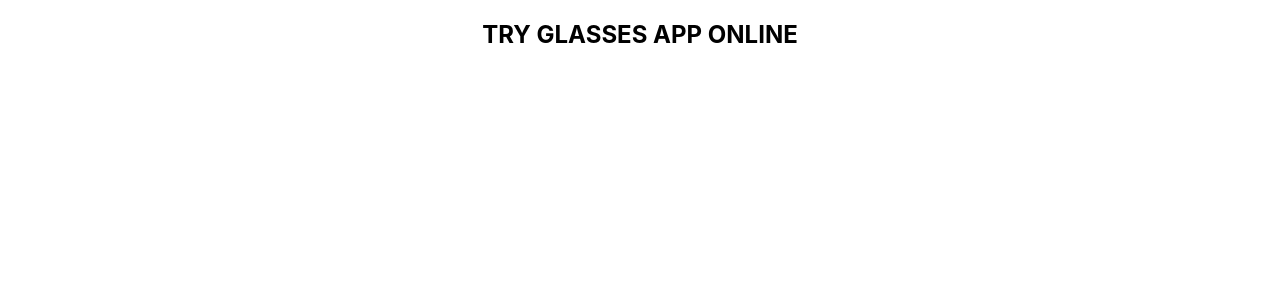
Repository: phongthanhh/ChoseGlass
Page: /
The author's editor kept a copy of each file at every save. The page is drawn from the files as they stood at one save, then again after the next save.
The browser window is 1280 px wide. The pictures show the whole page.
The project was rebuilt for these pictures with package versions that can differ from the ones it lists, and the page was loaded fresh each time.

Above is the page before, as saved 2022-12-25 15:14:12.

### src/App.js
import logo from './logo.svg';
import './App.css';
import BTGlass from './ChoseGlass/BTGlass';

function App() {
  return (
    <div className="App">
      <BTGlass />
    </div>
  );
}

export default App;

### src/ChoseGlass/BTGlass.jsx
import React, { Component } from 'react';

class BTGlass extends Component {

    listGlass = [
        {
            "id": 1,
            "price": 30,
            "name": "GUCCI G8850U",
            "url": ".img/glassesImage/v1.png",
            "desc": "Light pink square lenses define these sunglasses, ending with amother of pearl effect tip. "
        },
        {
            "id": 2,
            "price": 50,
            "name": "GUCCI G8759H",
            "url": "./img/glassesImage/v2.png",
            "desc": "Light pink square lenses define these sunglasses, ending with amother of pearl effect tip. "
        },
        {
            "id": 3,
            "price": 30,
            "name": "DIOR D6700HQ",
            "url": "./img/glassesImage/v3.png",
            "desc": "Light pink square lenses define these sunglasses, ending with amother of pearl effect tip. "
        },
        {
            "id": 4,
            "price": 70,
            "name": "DIOR D6005U",
            "url": "./img/glassesImage/v4.png",
            "desc": "Light pink square lenses define these sunglasses, ending with amother of pearl effect tip. "
        },
        {
            "id": 5,
            "price": 40,
            "name": "PRADA P8750",
            "url": "./img/glassesImage/v5.png",
            "desc": "Light pink square lenses define these sunglasses, ending with amother of pearl effect tip. "
        },
        {
            "id": 6,
            "price": 60,
            "name": "PRADA P9700",
            "url": "./img/glassesImage/v6.png",
            "desc": "Light pink square lenses define these sunglasses, ending with amother of pearl effect tip. "
        },
        {
            "id": 7,
            "price": 80,
            "name": "FENDI F8750",
            "url": "./img/glassesImage/v7.png",
            "desc": "Light pink square lenses define these sunglasses, ending with amother of pearl effect tip. "
        },
        {
            "id": 8,
            "price": 100,
            "name": "FENDI F8500",
            "url": "./img/glassesImage/v8.png",
            "desc": "Light pink square lenses define these sunglasses, ending with amother of pearl effect tip. "
        },
        {
            "id": 9,
            "price": 60,
            "name": "FENDI F4300",
            "url": "./img/glassesImage/v9.png",
            "desc": "Light pink square lenses define these sunglasses, ending with amother of pearl effect tip. "
        }
    ]

    render() {
        return (
            <div>
                <section className='main'>
                    <h2>TRY GLASSES APP ONLINE</h2>
                    <div className="item container">
                        <div className="row">
                            <div className="col-6">
                                <img src="" alt="" />
                            </div>
                            <div className="col-6">
                                <img src="" alt="" />
                            </div>
                        </div>
                        <div className="row">
                            <div className="col-2">
                                <img src="" alt="" />
                            </div>
                        </div>
                    </div>
                </section>
            </div>
        );
    }
}

export default BTGlass;

Loaded but not shown: public/index.html (common file); src/index.js (common file); src/index.css (common file); src/reportWebVitals.js (common file); src/App.css (common file)

After the next save:
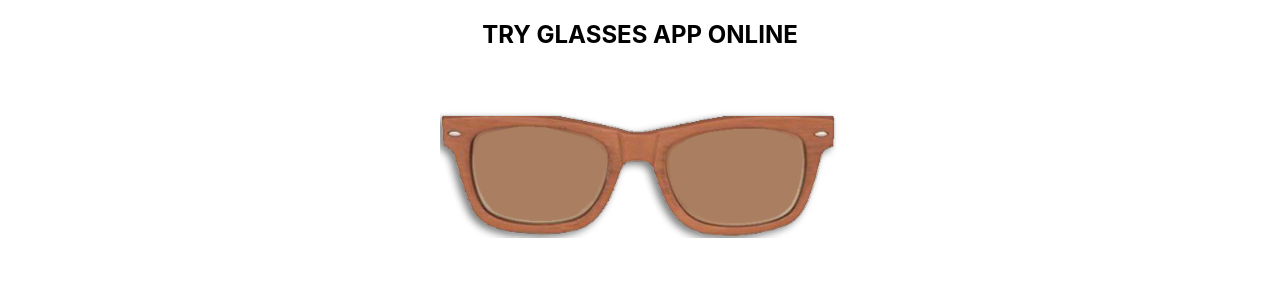
Saved 13 s later.
--- a/src/ChoseGlass/BTGlass.jsx
+++ b/src/ChoseGlass/BTGlass.jsx
@@ -84,7 +84,7 @@
                         </div>
                         <div className="row">
                             <div className="col-2">
-                                <img src="" alt="" />
+                                <img src=".img/glassesImage/v1.png" alt="" />
                             </div>
                         </div>
                     </div>
